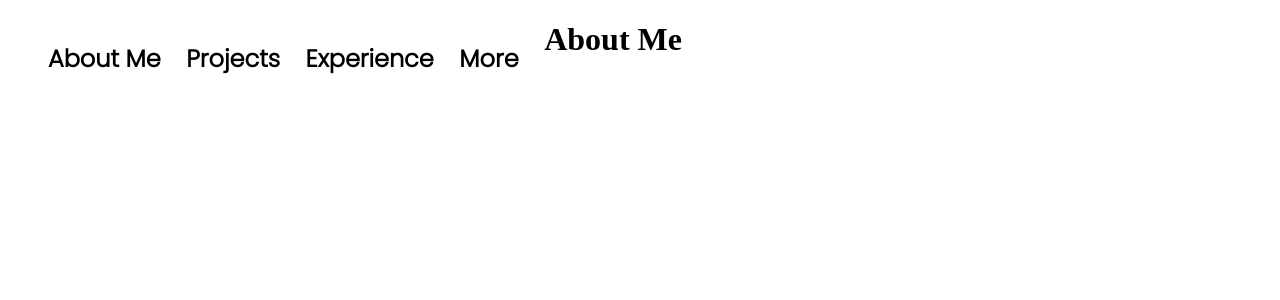
Repository: notMaximilian/maximilianaquino.github.io
Page: about.html
An editor plug-in stored every save of this project. The page is shown before and after the next save, followed by the edit.
The browser window is 1280 px wide. The pictures show the whole page.

Above is the page before, as saved 2022-02-09 18:08:09.
Console error: TypeError: Cannot read properties of null (reading 'style')

### about.html
<!DOCTYPE html>
<html lang="en">

<head>
  <meta charset="UTF-8">
  <meta name="viewport" content="width=device-width, initial-scale=1, user-scaleable=no">
  <title>Max Aquino</title>
  <link rel="preconnect" href="https://fonts.googleapis.com">
  <link rel="preconnect" href="https://fonts.gstatic.com" crossorigin>
  <link href="https://fonts.googleapis.com/css2?family=Poppins:wght@300&display=swap" rel="stylesheet">
  <link rel="stylesheet" href="css/subpage.css">
</head>

<body>




  </div>
<!-- asdsa -->

  <div class="wrap">
    <div class="game-wrapper">
      <div class="game"></div>

      <div class="mainNav">
        <ul class = "navmenu">
          <li class = "navmenuItems"><h2 id="about">About Me</h2></li>
          <li class = "navmenuItems"><h2 id="projects">Projects</h2></li>
          <li class = "navmenuItems"><h2 id="experience">Experience</h2></li>
          <li class = "navmenuItems"><h2 id="more">More</h2></li>
        </ul>
      </div>

      <h1>About Me</h1>

    </div>
  </div>

  <!-- Maximilian Fade in and out -->


  <script src="js/app.js"></script>
  <!-- <script src="js/game.js"></script> -->
</body>

</html>

### css/subpage.css
.corners{
    position: absolute;
    width: 16vw;
}

#cornerL{
    transform: translate(-35vw, 23vh);
}
#cornerR{
    transform: translate(35vw, 23vh);
}

#github{
    position: absolute;
    width: 7vw;
    transform: translate(32vw, 28vh);
}
#twitter{
    position: absolute;
    width: 7vw;
    transform: translate(-32vw, 30vh);
}

ul{
    list-style-type: none;
}
li{
    float: left;
    font-family: "Poppins", sans-serif;
    margin-right: 2vw;
}

### js/app.js
const KEY_CODE_LEFT = 37;
const KEY_CODE_RIGHT = 39;
const KEY_CODE_SPACE = 32;
let inverted = false;
const WINDOW_WIDTH = window.innerWidth - 50;
const WINDOW_HEIGHT = window.innerHeight;
let currentMousePos = 0
let mouse
let rocketPos = 0;
const ROCKET_WIDTH = 20;
const ROCKET_MAX_SPEED = 800.0;
const LASER_MAX_SPEED = 600.0;
const LASER_COOLDOWN = 0.5;
let rocketSpawn = false;
let headerSpace;
const HEADERS_PER_ROW = 10;
const HEADER_HORIZONTAL_PADDING = 80;
const HEADER_VERTICAL_PADDING = 70;
const HEADER_VERTICAL_SPACING = 80;
const HEADER_COOLDOWN = 5.0;



headerCoords = [
  {x:'', y:''},
  {x:'', y:''},
  {x:'', y:''},
  {x:'', y:''},
]

const WINDOW_STATE = {
    lastTime: Date.now(),
    leftPressed: false,
    rightPressed: false,
    spacePressed: false,
    rocketX: WINDOW_WIDTH / 2,
    rocketY: WINDOW_HEIGHT - 300,
    rocketCooldown: 0,
    lasers: [],
    headers: [],
    headerLasers: [],
    fullscreen: false
  };

function setSize($element, width){
    $element.style.width = `${width}vw`;
    $element.style.height = "auto";
  }

function setPosition(el, x, y) {
    if(el == null){console.log('NULL')
    return;}
    el.style.transform = `translate(${x}px, ${y}px)`;
}

function setHeaderPosition(el, x, y) {
  if(el == null){console.log('NULL')
  return;}
  el.style.transform = `translate(${x}vw, ${y}vh)`;
}

function openTab ($container, header){
  //step one fade out other elements on page

  // Fade Maximilian Aquino
  const mainName = document.getElementById('max')
  mainName.classList.add('fade')

  // Fade Accents
  const CornerL = document.getElementById('cornerL')
  const CornerR = document.getElementById('cornerR')
  CornerL.classList.add('fade')
  CornerR.classList.add('fade')

  // Fade icons
  const github = document.getElementById('github')
  const twitter = document.getElementById('twitter')
  github.classList.add('fade')
  twitter.classList.add('fade')

  // Fade headers
  const headers = WINDOW_STATE.headers;
  for (let j = 0; j < headers.length; j++) {
    const head = headers[j];
    if (head.name != header.name){
      head.$element.classList.add('fade')
    }
  }

  // Fade rocket
  const rocket = document.querySelector('.rocket')
  rocket.classList.add('fade')

  destroyAll($container, "6")

  setTimeout(()=>{
    console.log(header.name)
    window.location.href = `./${header.name}.html`;
  },1000)

  // setTimeout(()=>{
    // header.$element.classList.add('open-tab')


  // },1100)

}

// create user controlled rocket for selecting header elements
function createRocket($container) {
    rocketSpawn = true;
    const $rocket = document.createElement("img");
    if(inverted == true){$rocket.src = "img/rocket-inverted.png";}
    else{$rocket.src = "img/rocket.png";}
    $rocket.className = "rocket";
    if (WINDOW_WIDTH + 50 == 1920){
      setSize($rocket,9)
    }
    else{
      setSize($rocket, 7)
    }

    WINDOW_STATE.rocketY = 440;
    $container.appendChild($rocket);
}

function destroyRocket($container, rocket) {
    rocketSpawn = false;
    $container.removeChild(rocket);
    WINDOW_STATE.finalState = true;
    const audio = new Audio("sound/sfx-lose.ogg");
    audio.play();
}


function rectsIntersect(r1, r2) {
    return !(
        r2.left > r1.right ||
        r2.right < r1.left ||
        r2.top > r1.bottom ||
        r2.bottom < r1.top
    );
}



function clamp(v, min, max) {
    if (v < min) {
      return min;
    } else if (v > max) {
      return max;
    } else {
      return v;
    }
}

function rand(min, max) {
    // if (min === undefined) min = 0;
    // if (max === undefined) max = 1;
    // return min + Math.random() * (max - min);
  }

function updateRocket(dt, $container) {
  if(mouse <= '4' ){
    WINDOW_STATE.rocketX -= dt * ROCKET_MAX_SPEED;
  }
  else if (mouse >= '96'){
    WINDOW_STATE.rocketX += dt * ROCKET_MAX_SPEED;
  }

    if (WINDOW_STATE.leftPressed) {
      WINDOW_STATE.rocketX -= dt * ROCKET_MAX_SPEED;
    }
    if (WINDOW_STATE.rightPressed) {
      WINDOW_STATE.rocketX += dt * ROCKET_MAX_SPEED;
    }
    document.onmousemove = (event) => {
      mouse = event.clientX * 100 / window.innerWidth + "%";
      if (mouse > currentMousePos ){
        WINDOW_STATE.rocketX += dt * ROCKET_MAX_SPEED;
      }
      else{
        WINDOW_STATE.rocketX -= dt * ROCKET_MAX_SPEED;
      }
      currentMousePos = mouse;
    }

    // WINDOW_STATE.rocketX = clamp(
    //   WINDOW_STATE.rocketX,
    //   ROCKET_WIDTH,
    //   WINDOW_WIDTH - ROCKET_WIDTH
    // );


    if (WINDOW_STATE.spacePressed && WINDOW_STATE.rocketCooldown <= 0) {
      createLaser($container, WINDOW_STATE.rocketX - 79,  WINDOW_STATE.rocketY-20);
      WINDOW_STATE.rocketCooldown = LASER_COOLDOWN;
    }
    if (WINDOW_STATE.rocketCooldown > 0) {
      WINDOW_STATE.rocketCooldown -= dt;
    }

    const rocket = document.querySelector(".rocket");
    if(rocket == null){return;}
    setPosition(rocket, WINDOW_STATE.rocketX, WINDOW_STATE.rocketY + 200);
}

  function createLaser($container, x, y) {
    if(rocketSpawn == false) {return;}
    const $element = document.createElement("img");
    if(inverted == true){$element.src="img/laser-inverted.png"}
    else{$element.src = "img/laser.png";}
    $element.className = "laser";
    $element.style.position = "absolute"
    $container.appendChild($element);
    const laser = { x, y, $element };
    WINDOW_STATE.lasers.push(laser);
    const audio = new Audio("sound/sfx-laser1.ogg");
    audio.play();
    setPosition($element, x, y);
  }

  function destroyHeader(header) {
    headerSpace.removeChild(header.$element);
    header.isDead = true;
  }

  function destroyAll($container, exceptions){
    console.log(`exception is ${exceptions}`)
    let game = document.querySelector(".game-wrapper");
    let h1 = document.getElementById('max')
    game.removeChild(h1)

    const headers = WINDOW_STATE.headers;
    for (let x = 0; x < headers.length; x++){
      let head = headers[x];
      console.log(head.name)
      if (head.dead == true || head.name == exceptions){continue}
      destroyHeader(head)
    }
    const rocket = document.querySelector('.rocket')
    destroyRocket($container, rocket)
    WINDOW_STATE.lasers = WINDOW_STATE.lasers.filter(e => !e.isDead);
  }

  function updateLasers(dt, $container) {
    if(rocketSpawn == false) {return;}
    const lasers = WINDOW_STATE.lasers;
    for (let i = 0; i < lasers.length; i++) {
      const laser = lasers[i];
      laser.y -= dt * LASER_MAX_SPEED;
      if (laser.y < 0) {
        destroyLaser($container, laser);
      }
      setPosition(laser.$element, laser.x, laser.y);
      const r1 = laser.$element.getBoundingClientRect();
      const headers = WINDOW_STATE.headers;
      for (let j = 0; j < headers.length; j++) {

        const header = headers[j];

        if (header.isDead) continue;

        const r2 = header.$element.getBoundingClientRect();
        if (rectsIntersect(r1, r2)) {
          if(header.name == 'about'){
            openTab($container, header)
            destroyLaser($container, laser);
            const test = document.createElement('h1');
            const testNode = document.createTextNode('About')
            test.appendChild(testNode)
            // test.classList.add('yeight')
            return
          }
          // if (header.name == 'more' || header.name == 'back'){

          //     for (let x = 0; x < headers.length; x++){
          //     let head = headers[x];
          //     if (head.dead == true){continue}
          //     head.$element.style.opacity = 0;
          //     head.$element.style.transition = 'ease-in-out 0.5s';
          //     destroyHeader($container, head)
          //   }


          //   const rocket = document.querySelector('.rocket')
          //   rocket.style.opacity = 0;
          //   rocket.style.transition = 'ease-in-out 0.5s'
          //   destroyRocket($container, rocket)

          //   console.log(inverted)
          //   if(inverted == false){
          //     setTimeout(()=>{
          //       initInvert($container)
          //     },10)
          //   }
          //   else{
          //     setTimeout(()=>{
          //       init()
          //     },10)
          //   }
          //   WINDOW_STATE.lasers = WINDOW_STATE.lasers.filter(e => !e.isDead);
          //   return;
          // }
        if (header.name == 'project'){
          WINDOW_STATE.fullscreen = false;
        }



          break;
        }
      }
    }
    WINDOW_STATE.lasers = WINDOW_STATE.lasers.filter(e => !e.isDead);
  }

function destroyLaser($container, laser) {
    $container.removeChild(laser.$element);
    laser.isDead = true;
}

function createHeader($container, $element,name) {
    $element.classList.add('navmenuItems');
    let header = {
        name,
        cooldown: rand(0.5, HEADER_COOLDOWN),
        $element,
        dead: false
    };

    $container.appendChild($element);
    headerSpace.appendChild($element)
    WINDOW_STATE.headers.push(header);
  }

  function updateHeaders(dt, $container) {
    const dx = Math.sin(WINDOW_STATE.lastTime / 1000.0) * 50;
    const dy = Math.cos(WINDOW_STATE.lastTime / 1000.0) * 10;

    const headers = WINDOW_STATE.headers;
    for (let i = 0; i < headers.length; i++) {
      const header = headers[i];
      const x = header.x + dx;
      const y = header.y + dy;
    //   setPosition(header.$element, x, y);
      header.cooldown -= dt;
      if (header.cooldown <= 0) {
        createHeaderLaser($container, x, y);
        header.cooldown = HEADER_COOLDOWN;
      }
    }
    WINDOW_STATE.headers = WINDOW_STATE.headers.filter(e => !e.isDead);
  }



  function createHeaderLaser($container, x, y) {
    const $element = document.createElement("img");
    $element.src = "img/laser-red-5.png";
    $element.className = "header-laser";
    $container.appendChild($element);
    const laser = { x, y, $element };
    WINDOW_STATE.headerLasers.push(laser);
    setPosition($element, x, y);
  }

  function updateheaderLasers(dt, $container) {
    const lasers = WINDOW_STATE.headerLasers;
    for (let i = 0; i < lasers.length; i++) {
      const laser = lasers[i];
      laser.y += dt * LASER_MAX_SPEED;
      if (laser.y > WINDOW_HEIGHT) {
        destroyLaser($container, laser);
      }
      setPosition(laser.$element, laser.x, laser.y);
      const r1 = laser.$element.getBoundingClientRect();
      const rocket = document.querySelector(".rocket");
      const r2 = rocket.getBoundingClientRect();
      if (rectsIntersect(r1, r2)) {
        // Rocket was hit
        destroyRocket($container, rocket);
        break;
      }
    }
    WINDOW_STATE.headerLasers = WINDOW_STATE.headerLasers.filter(e => !e.isDead);
  }

  function init() {


    headerSpace = document.querySelector('.mainNav')
    headerSpace.classList.add('mainNav')

    document.body.style.zoom = (window.innerWidth / window.outerWidth)
    inverted = false;
    const width = WINDOW_WIDTH + 50;

      WINDOW_STATE.fullscreen = true;


    const $container = document.querySelector(".game");
    createRocket($container);
    createHeader($container, document.getElementById('about'),'about');
    createHeader($container, document.getElementById('projects'),'projects');
    createHeader($container, document.getElementById('experience'),'experience');
    createHeader($container, document.getElementById('more'),'more');
  }

  function initInvert($container,x ,y){
    inverted = true;
    const background = document.querySelector(".game-wrapper");
    const width = WINDOW_WIDTH + 50;
    if (width >= 1920){
      background.style.backgroundImage = "url('img/background-black.png')";
      WINDOW_STATE.fullscreen = true;
    }
    else if (width == 1366){
      background.style.backgroundImage = "url('img/background-black-1366x768.png')";
      WINDOW_STATE.fullscreen = true;
    }
    else{
      WINDOW_STATE.fullscreen == false
      document.querySelector(".congratulations").style.display = "block";
      return;
    }
    createRocket($container);
    createHeader($container, '2', 10 -2.5, 20 , 'img/inverted-card2.png', 17);
    createHeader($container, '1', 30 -2.5, 18 , 'img/inverted-card1.png', 23);
    createHeader($container, '3', 56 -2.5, 19.5 , 'img/inverted-card5.png', 10);
    createHeader($container, 'back', 70 -2.5, 19.5, 'img/inverted-card4.png', 10);
  }


  function rocketHasWon() {
    // return WINDOW_STATE.headers.length === 0;
  }


  function update(e) {
    const currentTime = Date.now();
    const $container = document.querySelector(".game");

    const dt = (currentTime - WINDOW_STATE.lastTime) / 1000.0;

    if (WINDOW_STATE.fullscreen == false) {
      destroyAll($container)
      // document.querySelector(".congratulations").style.display = "block";

      return;
    }

    // if (rocketHasWon()) {
    //   document.querySelector(".congratulations").style.display = "block";

    //   return;
    // }


    updateRocket(dt, $container);
    updateLasers(dt, $container);
    updateHeaders(dt, $container);
    updateheaderLasers(dt, $container);

    WINDOW_STATE.lastTime = currentTime;
    window.requestAnimationFrame(update);
  }

  function onKeyDown(e) {
    if (e.keyCode === KEY_CODE_LEFT ) {
      WINDOW_STATE.leftPressed = true;
    } else if (e.keyCode === KEY_CODE_RIGHT) {
      WINDOW_STATE.rightPressed = true;
    } else if (e.keyCode === KEY_CODE_SPACE) {
      WINDOW_STATE.spacePressed = true;
    }
  }

  function onKeyUp(e) {
    if (e.keyCode === KEY_CODE_LEFT) {
      WINDOW_STATE.leftPressed = false;
    } else if (e.keyCode === KEY_CODE_RIGHT) {
      WINDOW_STATE.rightPressed = false;
    } else if (e.keyCode === KEY_CODE_SPACE) {
      WINDOW_STATE.spacePressed = false;
    }
  }

  function onMouseDown() {
      WINDOW_STATE.spacePressed = true;
  }
  function onMouseUp() {
    setTimeout(()=>{
      WINDOW_STATE.spacePressed = false;
    },500)
}


  function onKeyUp(e) {
    if (e.keyCode === KEY_CODE_LEFT) {
      WINDOW_STATE.leftPressed = false;
    } else if (e.keyCode === KEY_CODE_RIGHT) {
      WINDOW_STATE.rightPressed = false;
    } else if (e.keyCode === KEY_CODE_SPACE) {
      WINDOW_STATE.spacePressed = false;
    }
  }


intro = document.querySelector('.intro')
let name = document.querySelector('.name-header')
let logoSpan = document.querySelectorAll('.name')

 window.addEventListener('DOMContentLoaded', () =>{

    setTimeout(()=>{
        logoSpan.forEach((span, idx)=>{
            setTimeout(()=>{
                span.classList.add('active')
            }, (idx + 1) * 400)
        })


        setTimeout(()=>{
            logoSpan.forEach((span, idx)=>{
                setTimeout(()=>{
                    span.classList.remove('active')
                    span.classList.add('fade')
                }, (idx + 1) * 400)
            })
        },2000)

        setTimeout(()=>{
            intro.style.top = '-100vh';
            window.addEventListener("keydown", onKeyDown);
            window.addEventListener("keyup", onKeyUp);
            window.requestAnimationFrame(update);
            window.addEventListener('mousedown', onMouseUp)
            window.addEventListener('mouseup', onMouseDown)
            init();
        }, 2300)

    })
 })

After the next save:
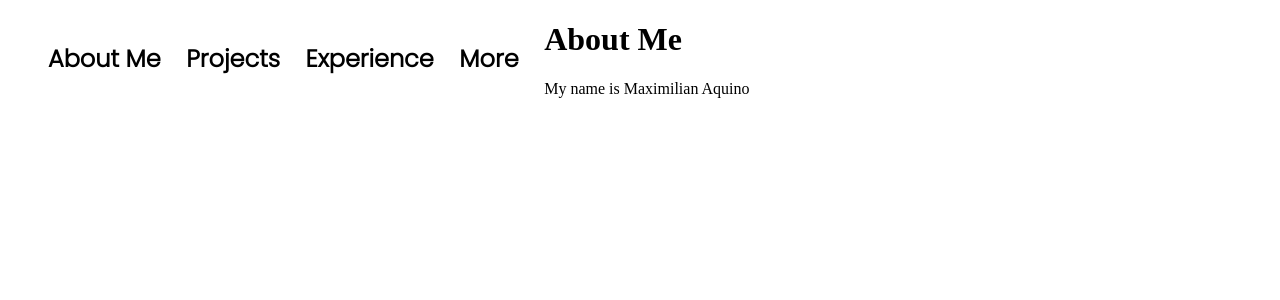
Saved 9 s later.
--- a/about.html
+++ b/about.html
@@ -33,6 +33,7 @@
       </div>
 
       <h1>About Me</h1>
+      <p>My name is Maximilian Aquino</p>
 
     </div>
   </div>
